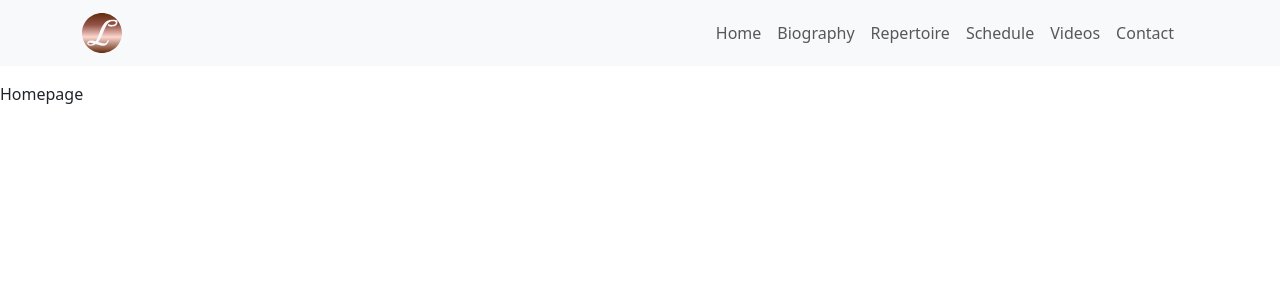
Repository: Luisossandoval/LuisHomePage
Page: /
These files come from the project's save history. The page is drawn as it stood at one moment and after the next save; the edit follows.
The browser window is 1280 px wide. The pictures show the whole page.
The project was rebuilt for these pictures with package versions that can differ from the ones it lists, and the page was loaded fresh each time. Also part of the build but not shown: src/App.css, src/pages/Repertoire/Repertoire.jsx, src/pages/Schedule/Schedule.jsx, src/pages/Videos/Videos.jsx, src/pages/Contact/Contact.jsx, src/pages/NotFoundPage/NotFoundPage.jsx. Imported but missing from the stored project, and not drawn on this page: src/pages/Biography/Biography.

Above is the page before, as saved 2024-10-17 17:54:44.

### src/App.js
import "./App.css";
import { Routes, Route } from "react-router-dom";
import AppLayout from "./layout/AppLayout";
import Homepage from "./pages/Homepage/Homepage";
import Biography from "./pages/Biography/Biography";
import Repertoire from "./pages/Repertoire/Repertoire";
import Schedule from "./pages/Schedule/Schedule";
import Videos from "./pages/Videos/Videos";
import Contact from "./pages/Contact/Contact";
import NotFoundPage from "./pages/NotFoundPage/NotFoundPage";
import "bootstrap/dist/css/bootstrap.min.css";
import "./style.scss";

function App() {
  return (
    <Routes>
      <Route path='/' element={<AppLayout />}>
        <Route index element={<Homepage />} />
        <Route path='biography' element={<Biography />} />
        <Route path='repertoire' element={<Repertoire />} />
        <Route path='schedule' element={<Schedule />} />
        <Route path='videos' element={<Videos />} />
        <Route path='contact' element={<Contact />} />
      </Route>
      <Route path='*' element={<NotFoundPage />} />
    </Routes>
  );
}

export default App;

### src/layout/AppLayout.js
import React from "react";
import Container from "react-bootstrap/Container";
import Nav from "react-bootstrap/Nav";
import Navbar from "react-bootstrap/Navbar";
import Offcanvas from "react-bootstrap/Offcanvas";
import styles from "./AppLayout.module.scss";
import { Outlet } from "react-router-dom";

const AppLayout = () => {
  return (
    <div>
      {["md"].map((expand) => (
        <Navbar key={expand} expand={expand} className='bg-body-tertiary mb-3'>
          <Container>
            <Navbar.Brand href='/'>
              <img
                src='./images/logo.svg'
                alt='Luis Logo'
                className={styles.logo}
              />
            </Navbar.Brand>
            <Navbar.Toggle aria-controls={`offcanvasNavbar-expand-${expand}`} />
            <Navbar.Offcanvas
              id={`offcanvasNavbar-expand-${expand}`}
              aria-labelledby={`offcanvasNavbarLabel-expand-${expand}`}
              placement='end'
            >
              <Offcanvas.Header closeButton>
                <Offcanvas.Title id={`offcanvasNavbarLabel-expand-${expand}`}>
                  Luis Olivares Sandoval
                </Offcanvas.Title>
              </Offcanvas.Header>
              <Offcanvas.Body>
                <Nav
                  className={`justify-content-end flex-grow-1 pe-3 ${styles.nav_items}`}
                >
                  <Nav.Link href='/'>Home</Nav.Link>
                  <Nav.Link href='biography'>Biography</Nav.Link>
                  <Nav.Link href='repertoire'>Repertoire</Nav.Link>
                  <Nav.Link href='schedule'>Schedule</Nav.Link>
                  <Nav.Link href='videos'>Videos</Nav.Link>
                  <Nav.Link href='contact'>Contact</Nav.Link>
                </Nav>
              </Offcanvas.Body>
            </Navbar.Offcanvas>
          </Container>
        </Navbar>
      ))}
      <Outlet></Outlet>
    </div>
  );
};

export default AppLayout;

### src/style.scss
@import url("https://fonts.googleapis.com/css2?family=Noto+Sans:ital,wght@0,100..900;1,100..900&display=swap");

body {
  font-family: "Noto Sans", sans-serif;
  font-style: normal;
}

### src/layout/AppLayout.module.scss
.logo {
  width: 40px;
}

.menu_items {
  font-size: 24px;
  font-weight: 700;
}

Loaded but not shown: public/index.html (common file); src/index.js (common file); src/index.css (common file); src/reportWebVitals.js (common file); src/pages/Homepage/Homepage.jsx (common file)

After the next save:
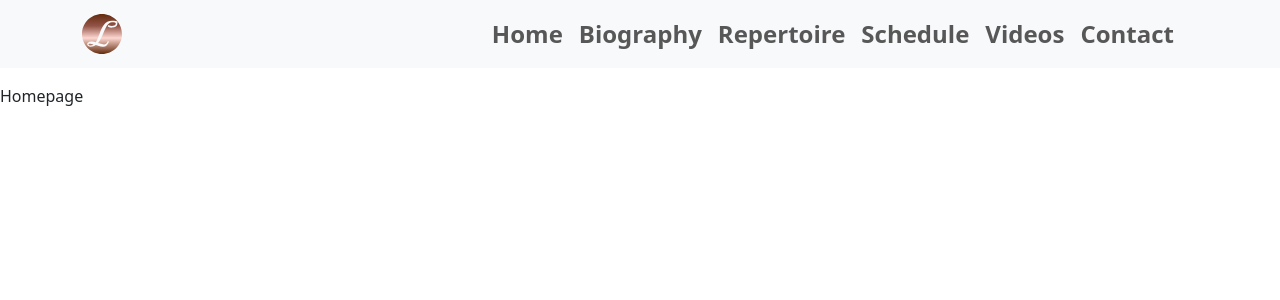
Saved 12 s later.
--- a/src/layout/AppLayout.js
+++ b/src/layout/AppLayout.js
@@ -32,7 +32,7 @@ const AppLayout = () => {
               </Offcanvas.Header>
               <Offcanvas.Body>
                 <Nav
-                  className={`justify-content-end flex-grow-1 pe-3 ${styles.nav_items}`}
+                  className={`justify-content-end flex-grow-1 pe-3 ${styles.menu_items}`}
                 >
                   <Nav.Link href='/'>Home</Nav.Link>
                   <Nav.Link href='biography'>Biography</Nav.Link>
